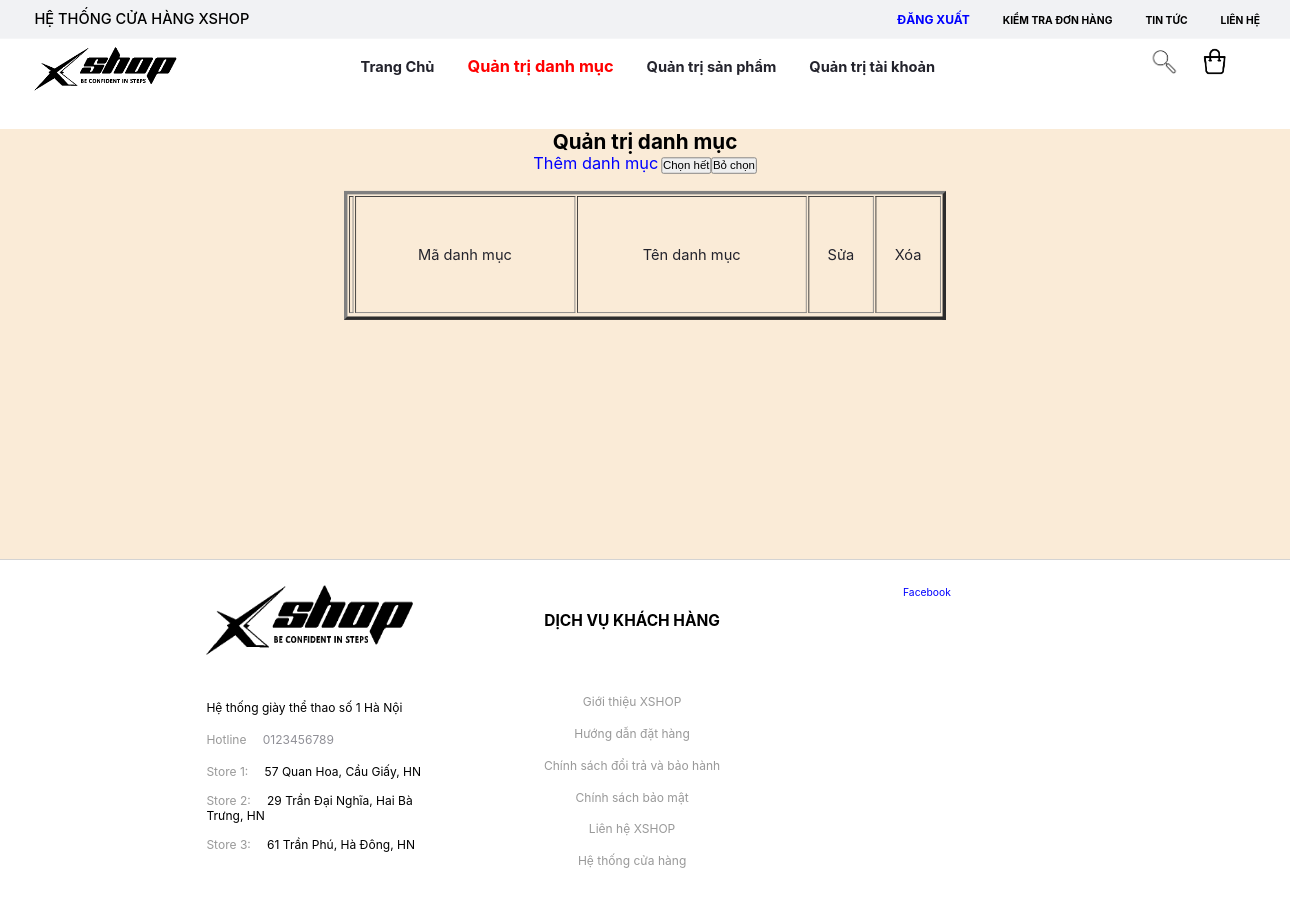
Repository: tienaq123/dam
Page: http://localhost/ass/ad/quantridanhmuc.php
The author's editor kept a copy of each file at every save. The page is drawn from the files as they stood at one save, then again after the next save.
The browser window is 1280 px wide. The page is 1500 px wide, so the pictures cover 1500 px, including what lies to the right of the window. The pictures show the whole page, at 86% of full size.
The page is run by PHP 8.4 with error messages shown; the project is at /var/www/html/. Queries for data that is not in the repository find no rows.

Above is the page before, as saved 2021-10-21 05:31:19.

### ad/quantridanhmuc.php
<!DOCTYPE html>
<html lang="en">

<head>
    <meta charset="UTF-8">
    <meta http-equiv="X-UA-Compatible" content="IE=edge">
    <meta name="viewport" content="width=device-width, initial-scale=1.0">
    <title>Quản trị danh mục</title>
    <link rel="stylesheet" href="../css/qtdm.css">
</head>

<body>
    <div id="wapper">

        <div id="topbar">
            <a href="#">
                <h2> HỆ THỐNG CỬA HÀNG XSHOP</h2>
            </a>
            <ul>
                <li><a class="active" style="color:blue; font-size: 14px;" href="../logout.php">ĐĂNG XUẤT</a></li>
                <li><a href="product.php">KIỂM TRA ĐƠN HÀNG</a></li>
                <li><a href="product.php">TIN TỨC</a></li>
                <li><a href="product.php">LIÊN HỆ</a></li>
            </ul>
        </div>
        <header id="header">
            <div id="logo">
                <a href="http://localhost/ass/"> <img src="../img/logo.png" alt="Logo"></a>
            </div>
            <div class="menu">
                <ul>
                    <li><a href="../home.php">Trang Chủ</a></li>
                    <li><a href="quantridanhmuc.php" style="color: red; font-size: 19px;">Quản trị danh mục</a></li>
                    <li><a href="quantrisanpham.php">Quản trị sản phẩm</a></li>
                    <li><a href="quantritaikhoan.php">Quản trị tài khoản</a></li>
                    <div id="nav">
                        <a href="product.php"> <img src="../img/search.png" alt=""></a>
                        <a href="product.php"><img src="../img/giohang.png" alt=""></a>
                    </div>
                </ul>

            </div>

        </header>

        <!-- END HEADER -->

        <main>
            <h1>Quản trị danh mục</h1>
            <a href="themdanhmuc.php" class="themdanhmuc">Thêm danh mục</a>
            <table border="4" style="text-align: center;">
                <tr style="font-size: 17px; color:#23232c;">
                    <td></td>
                    <td>Mã danh mục</td>
                    <td>Tên danh mục</td>
                    <td>Sửa</td>
                    <td>Xóa</td>
                </tr>
                <?php
                include '../db.php';
                $sql = "select * from danhmuc";
                $kq = $conn->query($sql);
                foreach ($kq as $key => $rows) {
                ?>
                    <tr>
                        <td><input type='checkbox' name='name[]' id='check_all' value='' /></td>
                        <td><?php echo $rows['id_danhmuc'] ?></td>
                        <td><?php echo $rows['tendanhmuc'] ?></td>
                        <td class="suaxoa"><a href="suadanhmuc.php?masua=<?php echo $rows['id_danhmuc'] ?>">Sửa</a></td>
                        <td class="suaxoa"><a onclick="return confirm('Bạn có muốn xóa không!')" href="xoadanhmuc.php?maxoa=<?php echo $rows['id_danhmuc'] ?>">Xóa</a></td>
                    </tr>
                <?php }
                ?>
                <tr>
                <input type="button" id="btn1" value="Chọn hết" />
                <input type="button" id="btn2" value="Bỏ chọn" />
            </tr>
                <script language="javascript">
                    // Chức năng chọn hết
                    document.getElementById("btn1").onclick = function() {
                        // Lấy danh sách checkbox
                        var checkboxes = document.getElementsByName('name[]');

                        // Lặp và thiết lập checked
                        for (var i = 0; i < checkboxes.length; i++) {
                            checkboxes[i].checked = true;
                        }
                    };

                    // Chức năng bỏ chọn hết
                    document.getElementById("btn2").onclick = function() {
                        // Lấy danh sách checkbox
                        var checkboxes = document.getElementsByName('name[]');

                        // Lặp và thiết lập Uncheck
                        for (var i = 0; i < checkboxes.length; i++) {
                            checkboxes[i].checked = false;
                        }
                    };
                </script>
            </table>
        </main>

        <!-- END MAIN -->

        <footer id="footer">
            <div id="logo_footer">
                <a href="#"><img src="../img/logo.png" alt=""></a>
                <p>Hệ thống giày thể thao số 1 Hà Nội</p>
                <p class="hotline"><span>Hotline</span> <a href="#">0123456789</a></p>
                <p><span>Store 1:</span> 57 Quan Hoa, Cầu Giấy, HN <br> <br> <span>Store 2:</span> 29 Trần Đại Nghĩa,
                    Hai Bà Trưng, HN <br> <br><span>Store 3:</span> 61
                    Trần Phú, Hà Đông, HN <br> <br> </p>
            </div>
            <div id="dichvu">
                <h2>DỊCH VỤ KHÁCH HÀNG</h2>
                <p><a href="#">Giới thiệu XSHOP</a> <br> </p>
                <p><a href="#">Hướng dẫn đặt hàng</a> <br> </p>
                <p><a href="#">Chính sách đổi trả và bảo hành</a> <br> </p>
                <p><a href="#">Chính sách bảo mật</a> <br> </p>
                <p><a href="#">Liên hệ XSHOP</a> <br> </p>
                <p><a href="#">Hệ thống cửa hàng</a></p>
            </div>

            <div id="facebook">
                <div id="fb-root"></div>
                <script async defer crossorigin="anonymous" src="https://connect.facebook.net/vi_VN/sdk.js#xfbml=1&version=v10.0&appId=256623368880552&autoLogAppEvents=1" nonce="aj8H3wq8"></script>
                <div class="fb-page" data-href="https://www.facebook.com/facebook" data-tabs="timeline" data-width="250" data-height="300" data-small-header="false" data-adapt-container-width="true" data-hide-cover="false" data-show-facepile="true">
                    <blockquote cite="https://www.facebook.com/facebook" class="fb-xfbml-parse-ignore"><a href="https://www.facebook.com/facebook">Facebook</a></blockquote>
                </div>
            </div>
        </footer>
    </div>
</body>

</html>

### db.php
<?php
    try {
        $conn=new PDO("mysql:host=localhost; dbname=dam;charset=utf8", "root", "");
    } catch (PDOException $e) {
        echo "Lỗi kết nối";
    }

### css/qtdm.css
* {
    margin: 0;
    padding: 0;
}

body {
    font-family: -apple-system, BlinkMacSystemFont, 'Segoe UI', Roboto, Oxygen, Ubuntu, Cantarell, 'Open Sans', 'Helvetica Neue', sans-serif;
    font-size: 12px;
}

a {
    text-decoration: none;
    color: blue;
    list-style: none;
}



img {
    border: 0px;
}

header,
nav,
section,
aside,
article,
footer,
figure {
    display: block;
}

/* code page */

#wapper {
    width: 1500px;
    margin: auto;
    ;
    overflow: hidden;
}

#topbar {
    width: 1500px;
    height: 45px;
    background-color: #f1f2f4;
    float: left;
}

#topbar h2 {
    font-size: 17px;
    font-weight: 500;
    line-height: 45px;
    margin-left: 40px;
    color: #000;
    float: left;
}

#topbar ul {
    float: right;
}

#topbar ul li {
    display: inline-block;
    line-height: 45px;
    margin-right: 35px;
}

#topbar ul li a {
    color: #000;
    font-weight: bolder;
}

#topbar ul li a:hover {
    color: #775454;
}

#topbar ul li .active {
    color: cornflowerblue;
    font-size: 14px;
}

#header {
    width: 100%;
    height: 100px;
    background-color: #ffffff;
    padding: 10px 0 40px 0;
}

#header #logo img {
    float: left;
    width: 165px;
    height: 50px;
    color: #000;
    margin: 10px 0 0 40px;
}

#header .menu ul {
    text-align: center;
    margin-right: 50px;
    line-height: 66px;
}

#header .menu ul li {
    display: inline-block;
    margin-right: 35px;
}

#header .menu ul li a {
    font-size: 17px;
    font-weight: bold;
    color: #23232c;
}

#header .menu ul li a:hover {
    color: red;
}

#nav {
    float: right;
    line-height: 80px;
}

#nav img {
    width: 35px;
    height: 35px;
    margin-right: 20px;
}

main {
    text-align: center;
    min-height: 500px;
    background: antiquewhite;
}

main table {
    width: 700px;
    height: 150px;
    margin-left: 400px;
    margin-top: 20px;
}


main>a {
    font-size: 19px;
    margin-top: 20px;
}

#footer {
    width: 1500px;
    border-top: 1px solid #ccc;
    display: grid;
    grid-template-columns: 1fr 1fr 1fr;
}

#footer #logo_footer {
    float: left;
}

#footer #logo_footer img {
    width: 240px;
    height: 80px;
    margin: 30px 0 30px 240px;
}

#footer #logo_footer a {
    color: #909097;
}

#footer #logo_footer span {
    color: #999999;
    margin-right: 15px;
}

#footer #logo_footer p {
    font-size: 14px;
    margin: 20px 0 20px 240px;
}

#footer #dichvu {
    text-align: center;
    margin: 60px 30px 40px 0;
}

#footer #dichvu h2 {
    margin-bottom: 75px;
}

#footer #dichvu p {
    margin-bottom: 20px;
}

#footer #dichvu p a {
    font-size: 14px;
    color: #999999;
}

#footer #facebook {
    margin: 30px 0 0 50px;
}

After the next save:
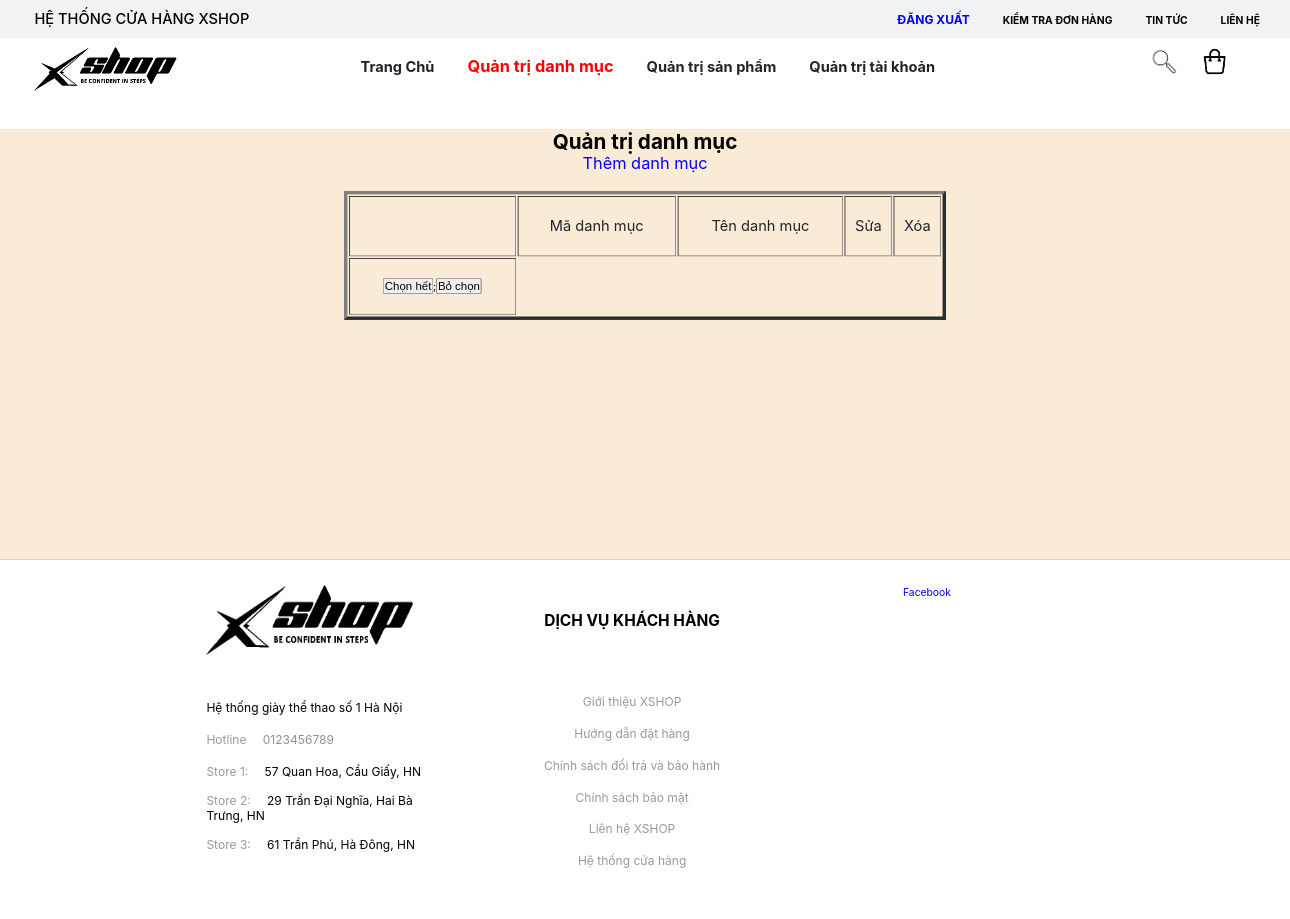
Saved 25 s later.
--- a/ad/quantridanhmuc.php
+++ b/ad/quantridanhmuc.php
@@ -72,8 +72,9 @@
                 <?php }
                 ?>
                 <tr>
-                <input type="button" id="btn1" value="Chọn hết" />
-                <input type="button" id="btn2" value="Bỏ chọn" />
+                    <td><input type="button" id="btn1" value="Chọn hết" />;<input type="button" id="btn2" value="Bỏ chọn" /></td>
+
+
             </tr>
                 <script language="javascript">
                     // Chức năng chọn hết
